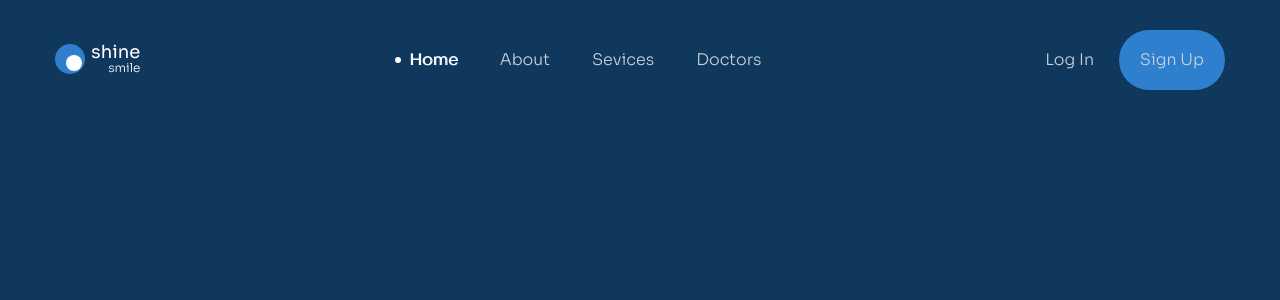
Repository: trungnguyen131/project-03
Page: index.html
These files come from the project's save history. The page is drawn as it stood at one moment and after the next save; the edit follows.
The browser window is 1280 px wide. The pictures show the whole page.

Above is the page before, as saved 2024-03-31 16:18:04.

### index.html
<!DOCTYPE html>
<html lang="en">
<head>
    <meta charset="UTF-8">
    <meta name="viewport" content="width=device-width, initial-scale=1.0">
    <title>Shine Smile</title>

    <!-- Embed fonts -->
    <link rel="preconnect" href="https://fonts.googleapis.com">
    <link rel="preconnect" href="https://fonts.gstatic.com" crossorigin>
    <link href="https://fonts.googleapis.com/css2?family=Sora:wght@100..800&display=swap" rel="stylesheet">

    <!-- favicon -->
    <link rel="apple-touch-icon" sizes="57x57" href="./assets/favicon/apple-icon-57x57.png">
    <link rel="apple-touch-icon" sizes="60x60" href="./assets/favicon/apple-icon-60x60.png">
    <link rel="apple-touch-icon" sizes="72x72" href="./assets/favicon/apple-icon-72x72.png">
    <link rel="apple-touch-icon" sizes="76x76" href="./assets/favicon/apple-icon-76x76.png">
    <link rel="apple-touch-icon" sizes="114x114" href="./assets/favicon/apple-icon-114x114.png">
    <link rel="apple-touch-icon" sizes="120x120" href="./assets/favicon/apple-icon-120x120.png">
    <link rel="apple-touch-icon" sizes="144x144" href="./assets/favicon/apple-icon-144x144.png">
    <link rel="apple-touch-icon" sizes="152x152" href="./assets/favicon/apple-icon-152x152.png">
    <link rel="apple-touch-icon" sizes="180x180" href="./assets/favicon/apple-icon-180x180.png">
    <link rel="icon" type="image/png" sizes="192x192"  href="./assets/favicon/android-icon-192x192.png">
    <link rel="icon" type="image/png" sizes="32x32" href="./assets/favicon/favicon-32x32.png">
    <link rel="icon" type="image/png" sizes="96x96" href="./assets/favicon/favicon-96x96.png">
    <link rel="icon" type="image/png" sizes="16x16" href="./assets/favicon/favicon-16x16.png">
    <link rel="manifest" href="./assets/favicon/manifest.json">
    <meta name="msapplication-TileColor" content="#ffffff">
    <meta name="msapplication-TileImage" content="./assets/favicon/ms-icon-144x144.png">
    <meta name="theme-color" content="#ffffff">

    <!-- reset css -->
    <link rel="stylesheet" href="./assets/css/reset.css">

    <!-- Styles css -->
    <link rel="stylesheet" href="./assets/css/style.css">

</head>
<body>
    <header class="header">
        <div class="container">
            <div class="header-top">
                <!-- Logo -->
                <a  href="/">
                    <div class="logo">
                        <span class="logo__circle"></span>
                        <span class="logo__text">
                            <span class="logo__branch">shine</span>
                            <span class="logo__branch logo__branch--small">smile</span>
                        </span>
                    </div>
                </a>

                <!-- Navbar -->
                <nav class="navbar">
                    <ul class="navbar__list">
                        <li class="navbar__item ">
                            <a href="#!" class="navbar__link navbar__item--active">Home</a>
                        </li>
                        <li class="navbar__item">
                            <a href="#!" class="navbar__link">About</a>
                        </li>
                        <li class="navbar__item">
                            <a href="#!" class="navbar__link">Sevices</a>
                        </li>
                        <li class="navbar__item">
                            <a href="#!" class="navbar__link">Doctors</a>
                        </li>
                    </ul>
                </nav>

                <!-- Action -->
                <div class="action">
                    <a href="#!" class="action__btn">Log In</a>
                    <a href="#!" class="btn action__btn">Sign Up</a>
                </div>

            </div>
        </div>
    </header>
</body>
</html>

### assets/css/style.css
* {
    box-sizing: border-box;
}

:root {
    --header-bg: #10375C;
}

html {
    font-size: 62.5%;
}

body {
    font-size: 1.6rem;
    font-family: "Sora", sans-serif;
}

/* common */

a {
    text-decoration: none;
}
.container {
    width: 1170px;
    max-width: calc(100% - 48px);
    margin: 0 auto;
}

.btn {
    color:#fff;
    background:#2E80CE ;
    height: 60px;
    padding: 0 20px;
    display: inline-block;
    line-height: 52px;
    border-radius: 99px;
    min-width: ;
}

/* Header */
.header {
    min-height: 100vh;
    padding-top: 30px;
    background:var(--header-bg);
}

.logo {
    font-size: 1rem;
    position: relative;
    display: inline-flex;
}

.logo__circle::before,
.logo__circle::after {
    content: " ";
    display: inline-block;
    border-radius: 50%;
}

.logo__circle::before {
    width: 3em;
    height: 3em;
    background-color: #2E80CE;
}

.logo__circle::after {
    position: absolute;
    top: 1.1em;
    left: 1.1em;
    width: 1.6em;
    height: 1.6em;
    background-color: #ffffff;
}

.logo__text {
    margin-left: 0.6em;
    text-align: right;
    line-height: 1.6em;
}

.logo__branch {
    font-size: 1.8em;
    font-weight: 400;
    color:#fff;
    display: block;
}

.logo__branch--small {
    font-size: 1.2em;
    font-weight: 300;
}

/* Header top */
.header-top {
    display: flex;
    align-items: center;
    justify-content: space-between;
}

.navbar__list {
    display: flex;
}
.action__btn,
.navbar__link {
    padding:4px 21px;
    color:#C9D2DA;
    font-size: 1.6rem;
    font-weight: 300;
}
.navbar__link:hover,
.navbar__item--active {
    color:#fff;
    text-shadow: 1px 0 0 currentColor;
}

.navbar__item--active::before {
    position: relative;
    top:-2px;
    left: -8px;
    content: " ";
    display: inline-block;
    width: 6px;
    height: 6px;
    border-radius: 50%;
    background-color: #fff;
}

Loaded but not shown: assets/css/reset.css (common file)

After the next save:
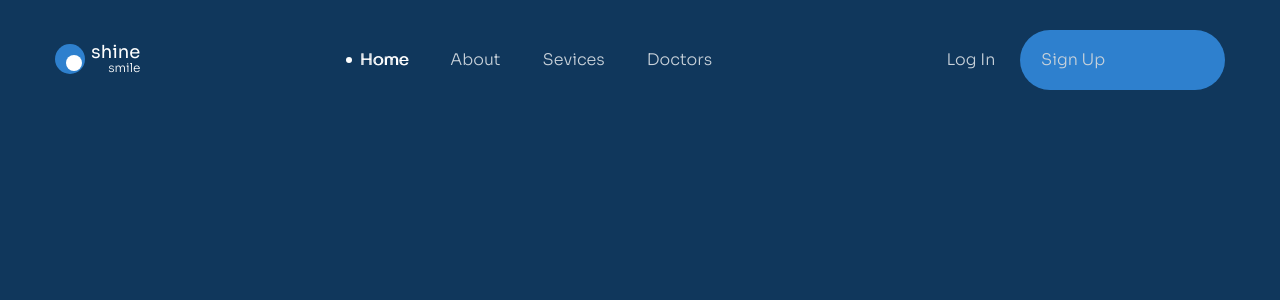
Saved 25 s later.
--- a/assets/css/style.css
+++ b/assets/css/style.css
@@ -34,7 +34,7 @@
     display: inline-block;
     line-height: 52px;
     border-radius: 99px;
-    min-width: ;
+    min-width: 205px;
 }
 
 /* Header */
